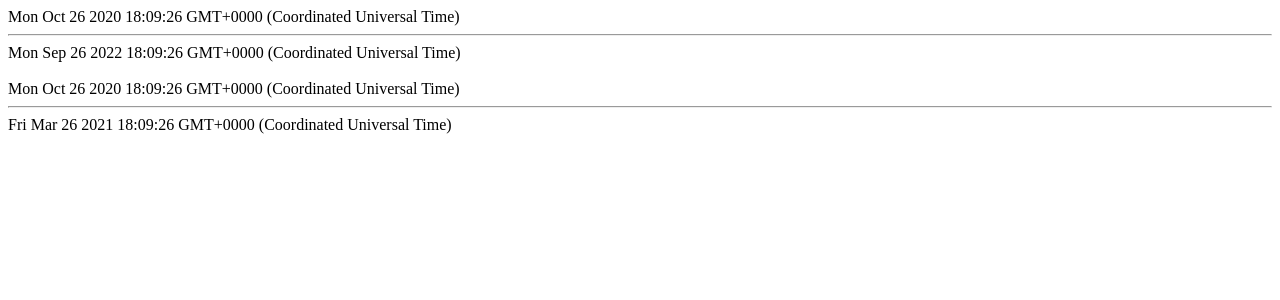
Repository: TeoNogueira/Aulas-Udemy-DevFull-Stack-Por-Jamilton-Damasceno-e-Jorge-Sant-Ana-
Page: public_project/JavaScript/function_native_datas.html
The author's editor kept a copy of each file at every save. The page is drawn from the files as they stood at one save, then again after the next save.
The browser window is 1280 px wide. The pictures show the whole page.

Above is the page before, as saved 2020-10-26 19:30:51.

After the next save:
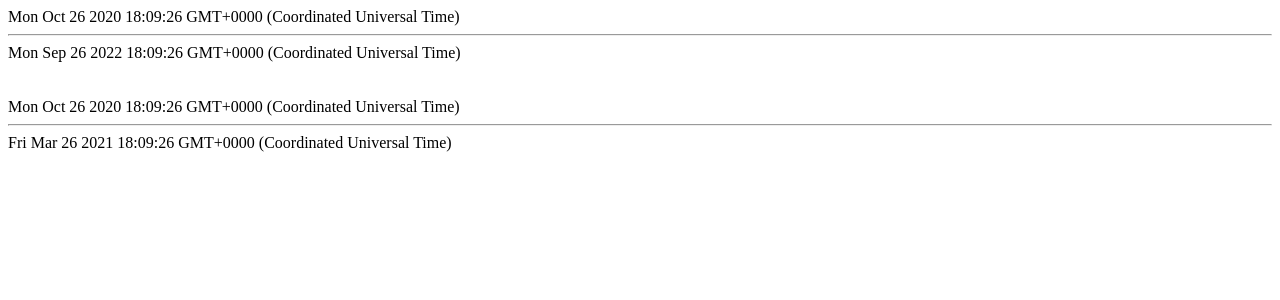
Saved 12 s later.
--- a/public_project/JavaScript/function_native_datas.html
+++ b/public_project/JavaScript/function_native_datas.html
@@ -28,7 +28,7 @@ document.write('<hr />')
 
 document.write(data.toString())
 
-document.write('<br />' + '<br />')
+document.write('<br />' + '<br />' + '<br />')
 // --------------x-----------x-------------x----------------------------------------------------------------
 
 
